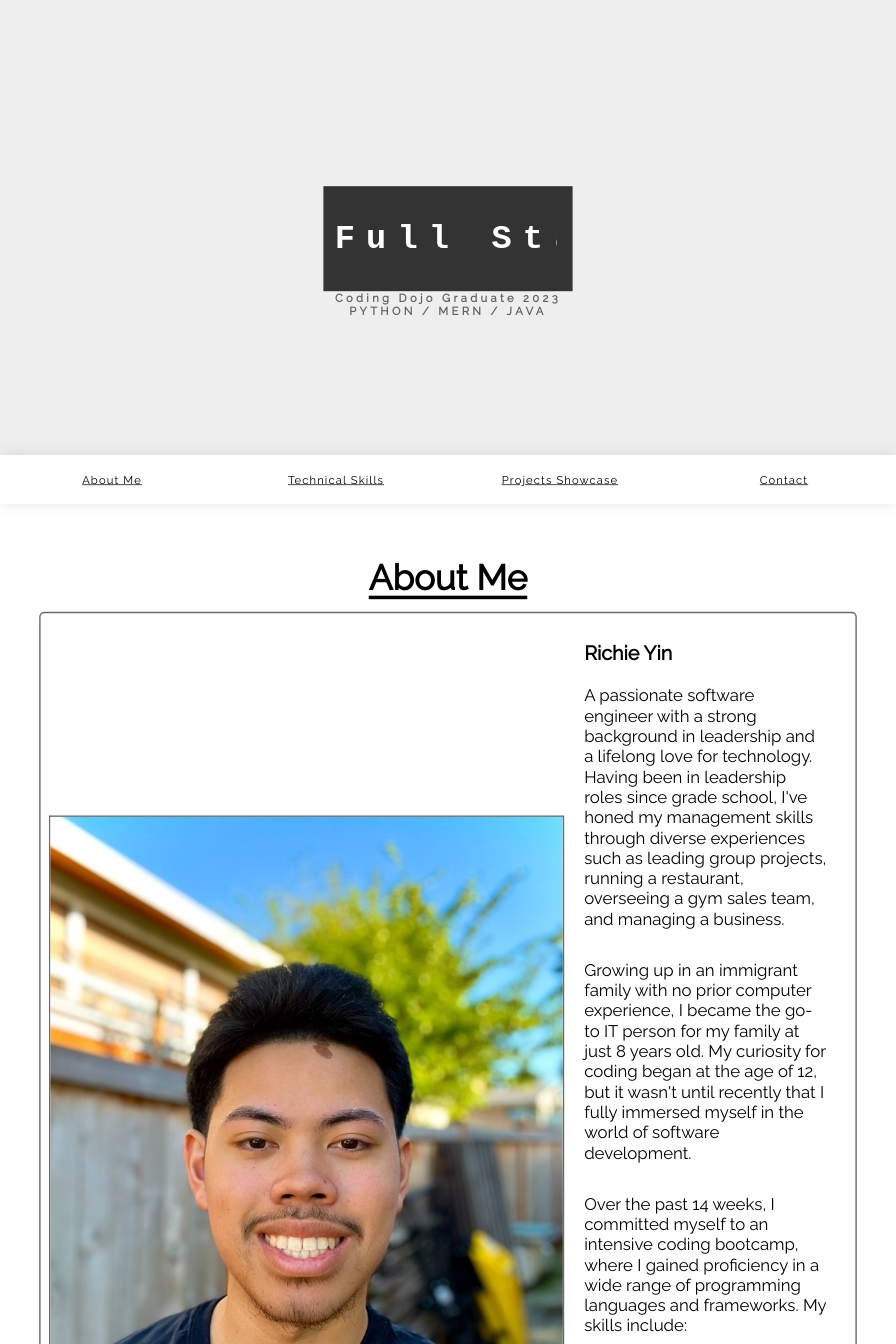
Repository: RICHIE-YIN/Personal-Portfolio
Page: index.html
These files come from the project's save history. The page is drawn as it stood at one moment and after the next save; the edit follows.
The browser window is 1280 px wide. The pictures show the part of the page from y = 0 to 1920 px (the page is 4183 px tall), at 70% of full size.
Some web fonts or font styles are not loaded; a fallback is used.

Above is the page before, as saved 2023-06-12 18:13:41.
Console error: ReferenceError: $ is not defined

After the next save:
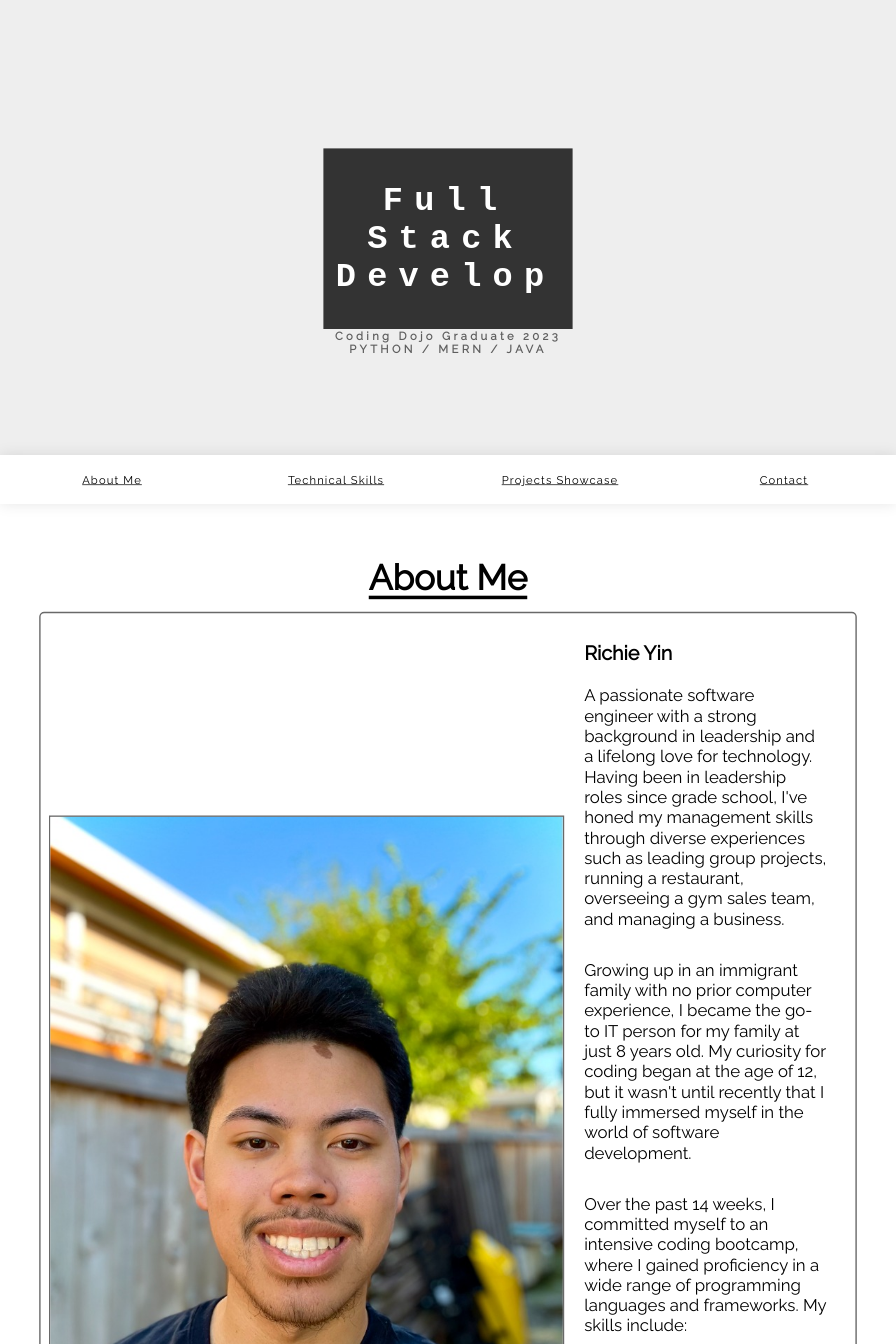
Saved 40 s later.
--- a/styles.css
+++ b/styles.css
@@ -50,6 +50,8 @@ html {
     white-space: nowrap;
     text-align: center;
     animation: typing 4s steps(20) infinite, blink-caret 1s step-end infinite;
+    white-space: pre-wrap;
+    word-wrap: break-word;
     flex-grow: 1; /* Add this line */
 }
 
